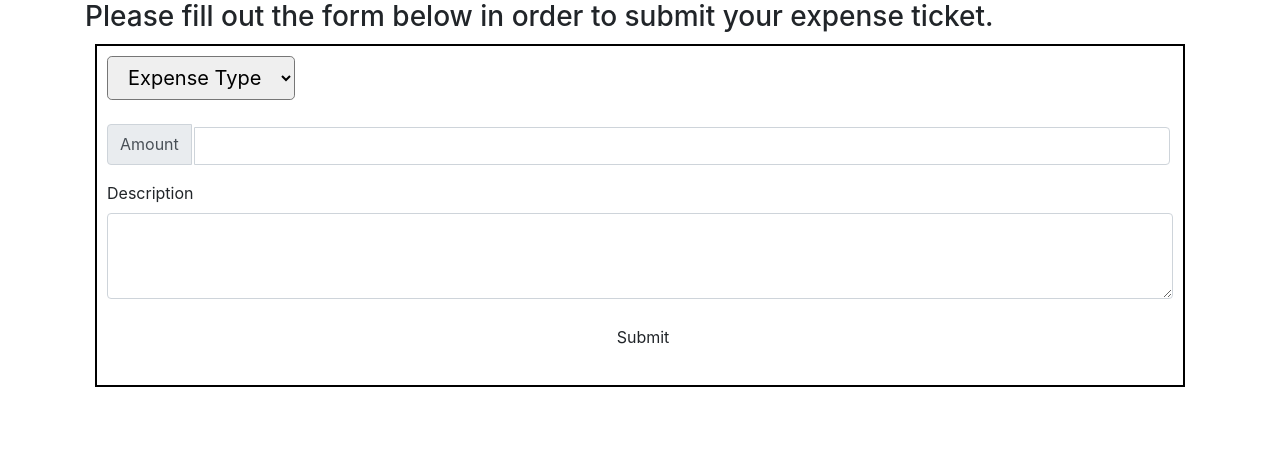
Repository: 2001usfpega/ZhenJ-code
Page: Project1/Showmethemoney/src/main/webapp/resources/html/EmployeeHome.html
An editor plug-in stored every save of this project. The page is shown before and after the next save, followed by the edit.
The browser window is 1280 px wide. The pictures show the whole page.

Above is the page before, as saved 2020-02-08 04:23:54.

After the next save:
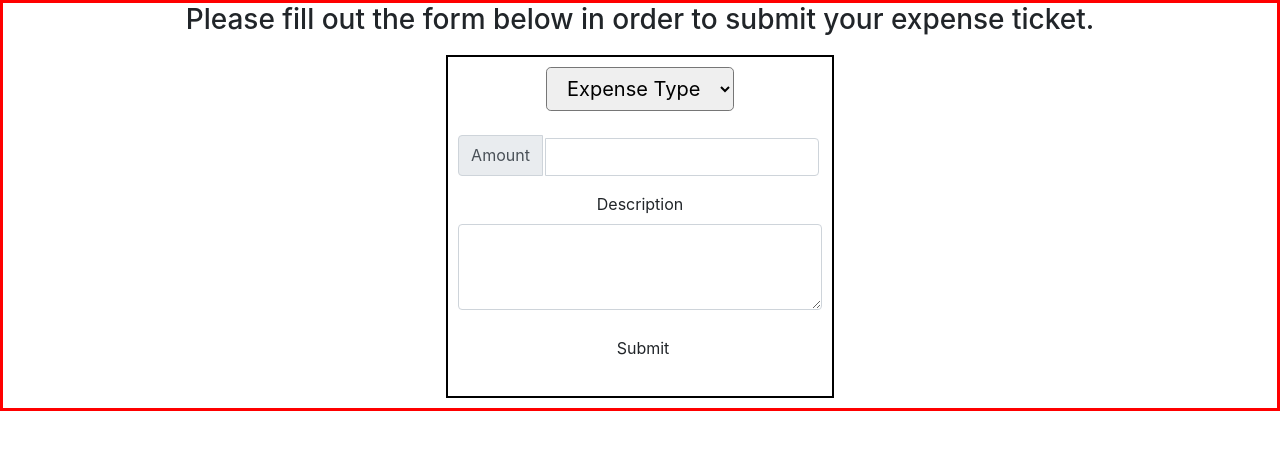
Saved 6 s later.
--- a/Project1/Showmethemoney/src/main/webapp/resources/html/EmployeeHome.html
+++ b/Project1/Showmethemoney/src/main/webapp/resources/html/EmployeeHome.html
@@ -12,7 +12,7 @@
 
 </head>
 <body>
-	<div class="container">
+	<div class="login-container">
 		<div class="title">
 			<h3>Please fill out the form below in order to submit your
 				expense ticket.</h3>
